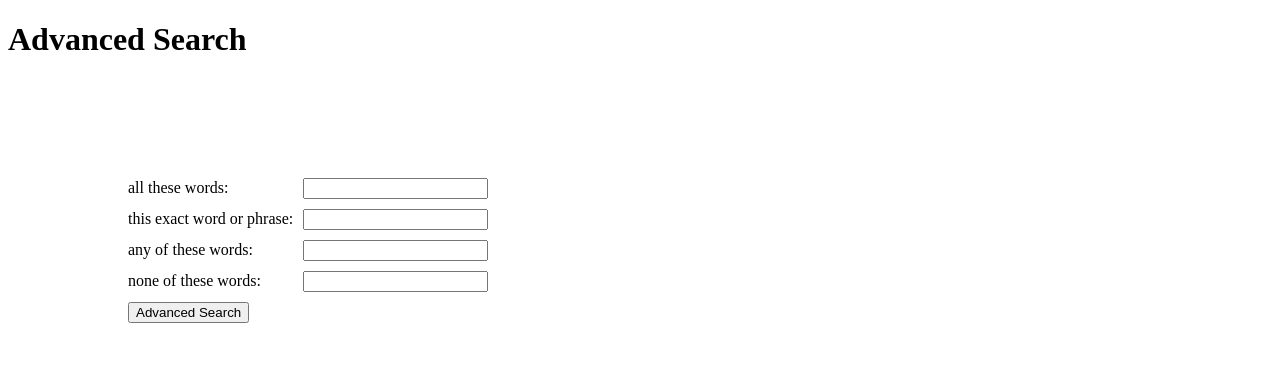
Repository: etentuk/search
Page: advanced_search.html
These files come from the project's save history. The page is drawn as it stood at one moment and after the next save; the edit follows.
The browser window is 1280 px wide. The pictures show the whole page.

Above is the page before, as saved 2021-11-03 23:33:31.

### advanced_search.html
<!DOCTYPE html>
<html lang="en">

<head>
    <title>Advanced Search</title>
    <link rel="stylesheet" href="styles.css">
</head>

<body>
    <header>
        <h1>Advanced Search</h1>
    </header>
    <div class="contentContainer">
        <form action="https://google.com/search" class="form-example">
            <div style="display: table-row;">
                <div class="form-example">
                    <label for="as_q">all these words: </label>
                    <input type="text" id="as_q" name="as_q">
                </div>
                <div class="form-example">
                    <label for="as_epq">this exact word or phrase: </label>
                    <input type="text" id="as_epq" name="as_epq">
                </div>
                <div class="form-example">
                    <label for="as_oq">any of these words: </label>
                    <input type="text" id="as_oq" name="as_oq">
                </div>
                <div class="form-example">
                    <label for="as_eq">none of these words: </label>
                    <input type="text" id="as_eq" name="as_eq">
                </div>
            </div>
            <input type="submit" value="Advanced Search">
        </form>
    </div>
</body>

</html>

### styles.css
form.form-example {
  display: table;
}

div.form-example {
  display: table-row;
}

label,
input {
  display: table-cell;
  margin-bottom: 10px;
}

label {
  padding-right: 10px;
}

div.contentContainer {

  padding: 60px;
  margin: 60px;
}

After the next save:
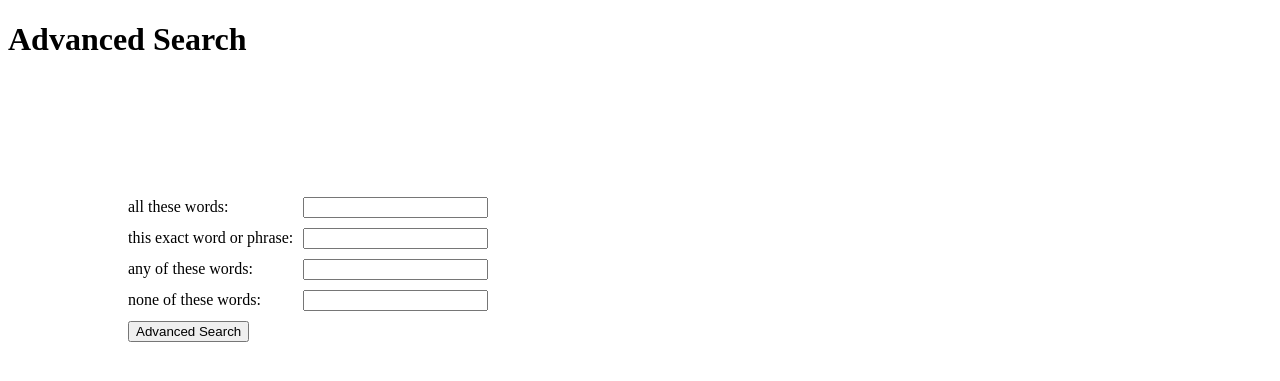
Saved 31 s later.
--- a/advanced_search.html
+++ b/advanced_search.html
@@ -11,6 +11,7 @@
         <h1>Advanced Search</h1>
     </header>
     <div class="contentContainer">
+        <h3></h3>
         <form action="https://google.com/search" class="form-example">
             <div style="display: table-row;">
                 <div class="form-example">
